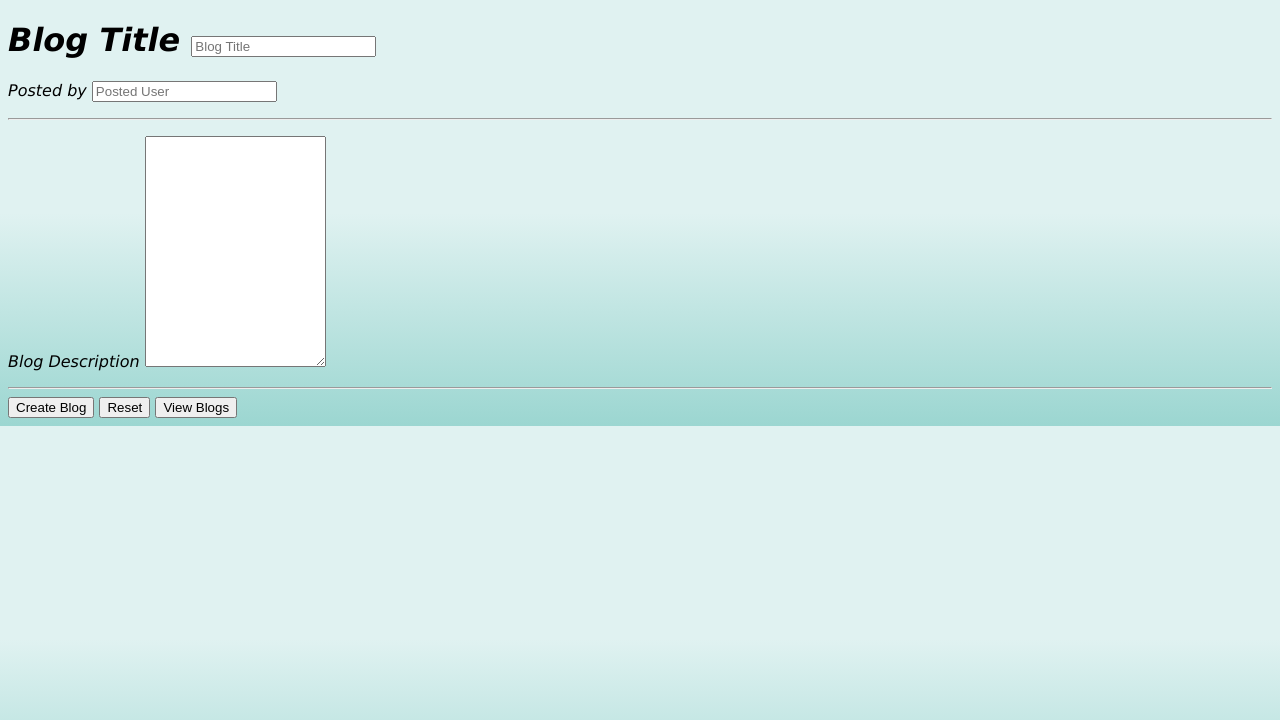
Repository: Indurupi/FriendZone
Page: FriendZoneFrontEnd/WebContent/createblog.html
These files come from the project's save history. The page is drawn as it stood at one moment and after a run of saves; the edit follows.
The browser window is 1280 px wide. The pictures show the whole page.

Above is the page before, as saved 2017-03-20 18:15:58.

After the next 2 saves:
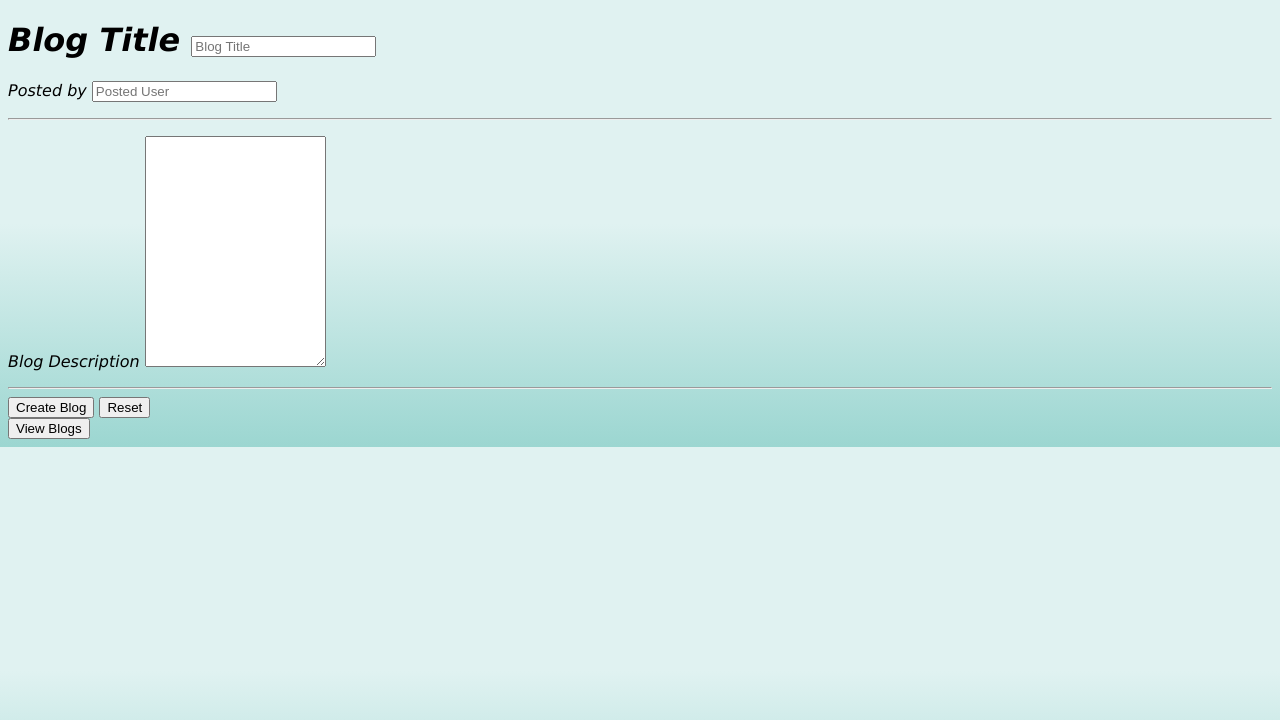
The 2 saves are shown as one change because they came seconds apart.
The last was saved 12 min 11 s later.
--- a/FriendZoneFrontEnd/WebContent/createblog.html
+++ b/FriendZoneFrontEnd/WebContent/createblog.html
@@ -48,16 +48,18 @@ body {
 						<div class="form-group">
 							<p class="lead">
 								Posted by <input type="text" class="form-control"
-									placeholder="Posted User" ng-model="bc.blog.postedUser" required="required">
+									placeholder="Posted User" ng-model="bc.blog.postedUser"
+									required="required">
 							</p>
 						</div>
 
 
 						<hr>
 						<div class="form-group">
-							<p class="lead ">Blog Description
-							<textarea class="form-control" rows="15"
-								ng-model="bc.blog.blogDescription" required="required"></textarea>
+							<p class="lead ">
+								Blog Description
+								<textarea class="form-control" rows="15"
+									ng-model="bc.blog.blogDescription" required="required"></textarea>
 							</p>
 						</div>
 						<hr>
@@ -65,9 +67,10 @@ body {
 							Blog</button>
 						<button class="btn" id="custom-button" ng-click="bc.reset()"
 							type="reset">Reset</button>
-						<button class="btn" id="custom-button" href="#viewallblogs"
-							>View Blogs</button>
+
 					</form>
+					<button class="btn" id="custom-button" href="#viewallblogs">View
+						Blogs</button>
 				</div>
 			</div>
 		</div>
